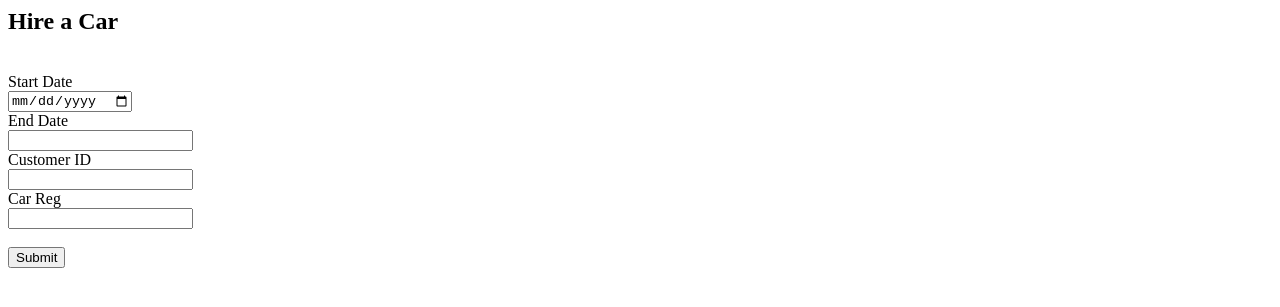
Repository: BrianD147/4th-Year-Project-Distributed-Systems
Page: http://localhost/REST/newOrder.jsp
These files come from the project's save history. The page is drawn as it stood at one moment and after the next save; the edit follows.
The browser window is 1280 px wide. The pictures show the whole page.
The page is served by Tomcat 9.

Above is the page before, as saved 2018-12-09 17:38:24.

After the next save:
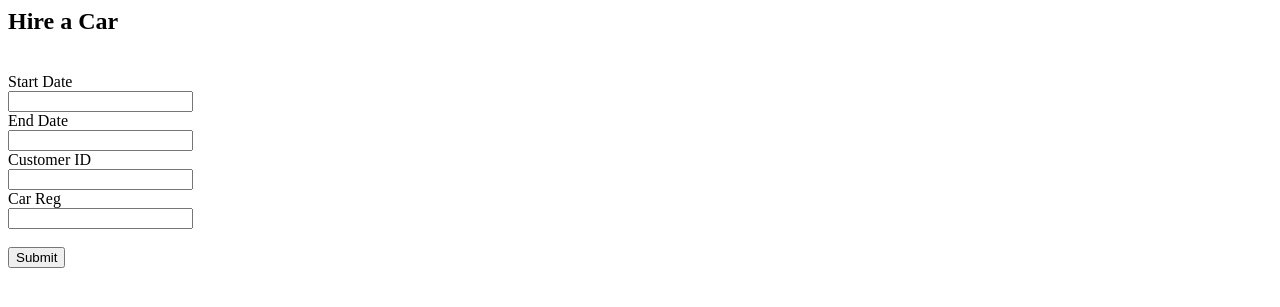
Saved 4 s later.
--- a/REST/src/main/webapp/newOrder.jsp
+++ b/REST/src/main/webapp/newOrder.jsp
@@ -3,7 +3,7 @@
     <h2>Hire a Car</h2>
     <form action="webapi/myresource/write" method="post">
     	<br/> Start Date <br/>
-    	<input type="date" name="startDate">
+    	<input type="text" name="startDate">
     	<br/> End Date <br/>
 	    <input type="text" name="endDate">
 	    <br/> Customer ID <br/>
